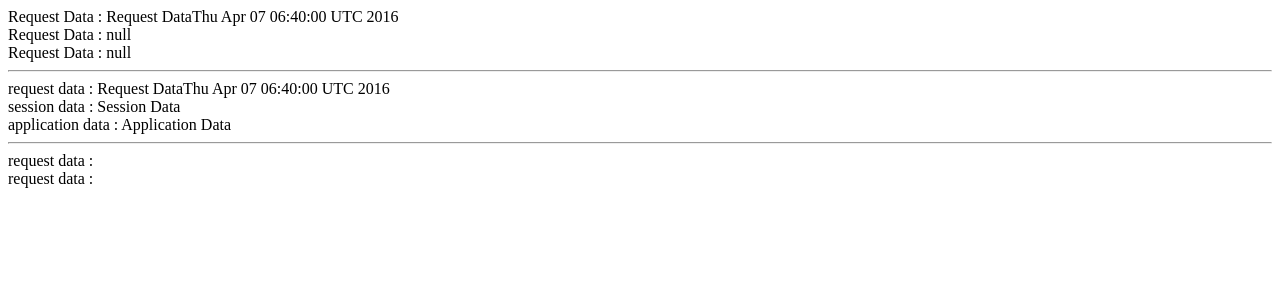
Repository: yeobinJeong/demoweb
Page: http://localhost/example-web/eltest.action
An editor plug-in stored every save of this project. The page is shown before and after the next save, followed by the edit.
The browser window is 1280 px wide. The pictures show the whole page.
The page is served by Tomcat 9.

Above is the page before, as saved 2016-04-20 02:15:41.

After the next save:
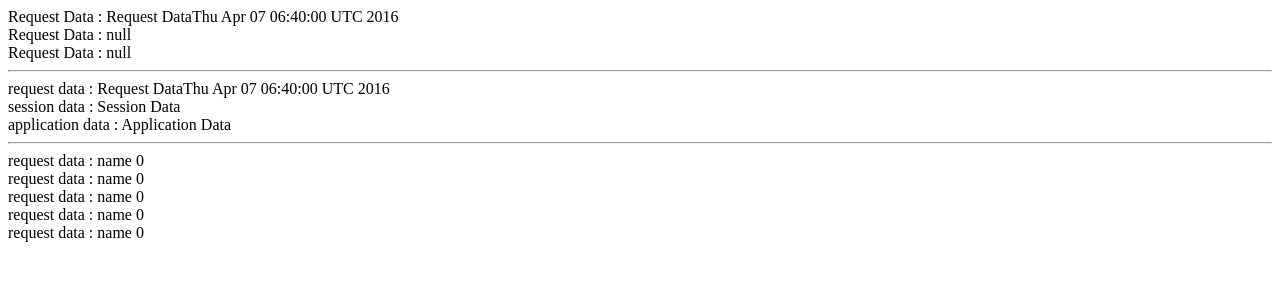
Saved 51 s later.
--- a/example-web/WebContent/jspdemo/10.el-result.jsp
+++ b/example-web/WebContent/jspdemo/10.el-result.jsp
@@ -21,9 +21,10 @@
 	application data : ${ applicationScope.data3 }<br/>
 
 	<hr/>
-
-	request data : ${ person.name }<br/> <!-- getName() -->
-	request data : ${ person.getName() }<br/>
+	<% for ( int i =0; i<5; i++)  {%>
+		request data : ${ persons.get(i).name }<br/> <!-- getName() -->
+	<% } %>
+	<%-- request data : ${ persons.getName() }<br/> --%>
 
 </body>
 </html>
